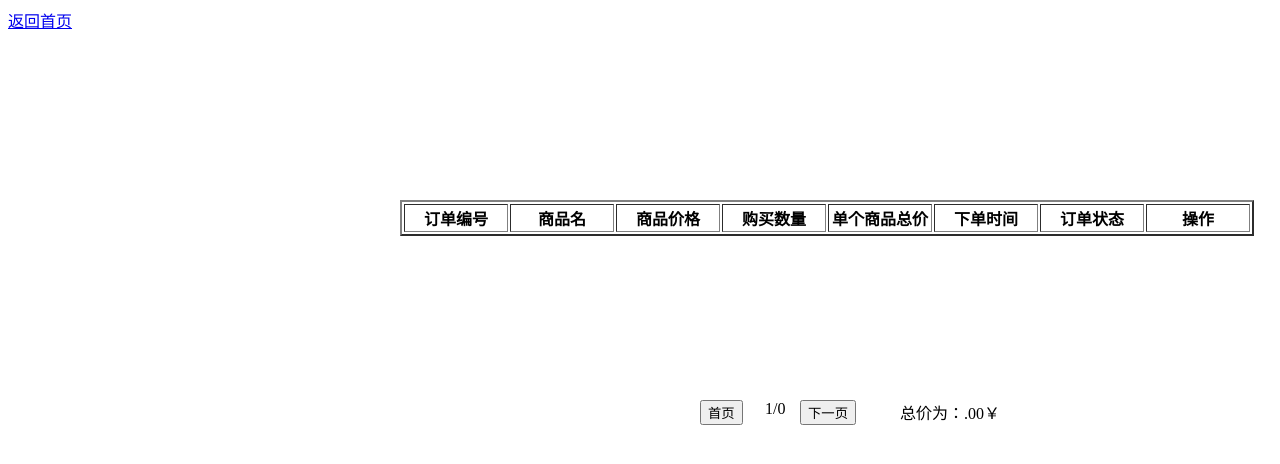
Repository: Gale-student/Gale-student.github.io
Page: http://localhost/weshop/OrdersDetailUnpaidQueryServlet
An editor plug-in stored every save of this project. The page is shown before and after the next save, followed by the edit.
The browser window is 1280 px wide. The pictures show the whole page.
The page is served by Tomcat 9. Other server files are loaded and not shown. Queries for data that is not in the repository find no rows.

Above is the page before, as saved 2022-10-05 13:11:36.

### WeShop/weshop/WebRoot/WEB-INF/jsp/OrdersUnpaidQueryOfUser.jsp
<%@ page language="java" import="java.util.*,com.company.entity.*" pageEncoding="utf-8"%>
<%
String path = request.getContextPath();
String basePath = request.getScheme()+"://"+request.getServerName()+":"+request.getServerPort()+path+"/";
%>

<!DOCTYPE HTML PUBLIC "-//W3C//DTD HTML 4.01 Transitional//EN">
<html>
  <head>
    <base href="<%=basePath%>">

    <title>My JSP 'OrdersUnpaidQueryOfUser.jsp' starting page</title>

	<meta http-equiv="pragma" content="no-cache">
	<meta http-equiv="cache-control" content="no-cache">
	<meta http-equiv="expires" content="0">
	<meta http-equiv="keywords" content="keyword1,keyword2,keyword3">
	<meta http-equiv="description" content="This is my page">
	<!--
	<link rel="stylesheet" type="text/css" href="styles.css">
	-->
  <%
      List<OrdersDetail> ordersDetailList = (List<OrdersDetail>)request.getAttribute("ordersDetailList");

      int currentPage = (Integer) session.getAttribute("currentPage");
      int allPage = (Integer) session.getAttribute("allPage");

      String upPage = "上一页";
      String downPage = "下一页";
      if(currentPage == 1){
         upPage = "首页";
      }
      if(currentPage == allPage){
         downPage = "尾页";
      }

      String totalPrice = (String) request.getAttribute("totalPrice");
      if(totalPrice == null){
         totalPrice = "";
      }
   %>
    <style type="text/css">
     th{
        width: 100px;
     }
     td{
        width: 100px;
     }
   </style>
  </head>

  <body>
   <a href="ShoppingHomePage.jsp">返回首页</a>
    <table style="position: absolute; left: 400px; top: 200px; text-align: center;" border="2" cellspacing="2">
       <tr>
          <th>订单编号</th>
          <th>商品名</th>
          <th>商品价格</th>
          <th>购买数量</th>
          <th>单个商品总价</th>
          <th>下单时间</th>
          <th>订单状态</th>
          <th>操作</th>
       </tr>
       <%for(int i = 0; i < ordersDetailList.size(); i ++){ %>
       <tr>
          <td><%=ordersDetailList.get(i).getOid() %></td>
          <td><%=ordersDetailList.get(i).getSname() %></td>
          <td><%=ordersDetailList.get(i).getSprice() %>.00￥</td>
          <td><%=ordersDetailList.get(i).getQuantity() %>.0</td>
          <td><%=ordersDetailList.get(i).getShopPrice() %>.00￥</td>
          <td><%=ordersDetailList.get(i).getDate() %></td>
          <td><%=ordersDetailList.get(i).getStatus() %></td>
          <td>
             <form action="OrdersCancelOfUserServlet" method="post">
                <input style="position: absolute; visibility: hidden;" type="text" value=<%=ordersDetailList.get(i).getOid() %> name="oid">
                <input type="submit" value="取消订单">
             </form>
          </td>
       </tr>
       <%} %>
    </table>
    <div style="position: absolute; left: 700px; top: 400px;">
    <form action="OrdersDetailUnpaidUpPageServlet" method="post">
       <input type="submit" value=<%=upPage %>>
    </form>
    <label style="position: absolute; top: 0px; left: 65px;"><%=currentPage + "/" + allPage %></label>
    <form style="position: absolute; top: 0px; left: 100px;" action="OrdersDetailUnpaidDownPageServlet" method="post">
       <input type="submit" value=<%=downPage %>>
    </form>

    </div>
    <label style="position: absolute; left: 900px; top: 400px;">总价为：<%=totalPrice %>.00￥</label>
  </body>
</html>

### WeShop/weshop/src/com/company/controller/OrdersDetailUnpaidQueryServlet.java
package com.company.controller;

import java.io.IOException;
import java.io.PrintWriter;
import java.util.List;

import javax.servlet.ServletException;
import javax.servlet.http.HttpServlet;
import javax.servlet.http.HttpServletRequest;
import javax.servlet.http.HttpServletResponse;
import javax.servlet.http.HttpSession;

import com.company.entity.OrdersDetail;
import com.company.service.OrdersService;
import com.company.service.OrdersServiceImpl;

public class OrdersDetailUnpaidQueryServlet extends HttpServlet {

	/**
	 * The doGet method of the servlet. <br>
	 *
	 * This method is called when a form has its tag value method equals to get.
	 *
	 * @param request the request send by the client to the server
	 * @param response the response send by the server to the client
	 * @throws ServletException if an error occurred
	 * @throws IOException if an error occurred
	 */
	public void doGet(HttpServletRequest request, HttpServletResponse response)
			throws ServletException, IOException {

		doPost(request, response);
	}

	/**
	 * The doPost method of the servlet. <br>
	 *
	 * This method is called when a form has its tag value method equals to post.
	 *
	 * @param request the request send by the client to the server
	 * @param response the response send by the server to the client
	 * @throws ServletException if an error occurred
	 * @throws IOException if an error occurred
	 */
	public void doPost(HttpServletRequest request, HttpServletResponse response)
			throws ServletException, IOException {

		HttpSession hs = request.getSession();
		String uid = (String)hs.getAttribute("uid");
		OrdersService ordersService = new OrdersServiceImpl();
		try {
			List<OrdersDetail> ordersDetailList = ordersService.queryOrdersDetailUnpaid(uid, 0);
			int allRows = ordersService.OrdersDetailUnpaidAllRows(uid);
			int allPage = allRows / 3;
			if(allRows % 3 != 0){
				allPage ++;
			}
			String totalPrice = ordersService.queryTotalPriceOfUserUnpaidOrders(uid);
			request.setAttribute("totalPrice", totalPrice);
			hs.setAttribute("allPage", allPage);
			hs.setAttribute("currentPage", 1);
			request.setAttribute("ordersDetailList", ordersDetailList);
			request.getRequestDispatcher("WEB-INF/jsp/OrdersUnpaidQueryOfUser.jsp").forward(request, response);
		} catch (Exception e) {
			// TODO Auto-generated catch block
			e.printStackTrace();
		}

	}

}

### WeShop/weshop/src/com/company/service/OrdersServiceImpl.java
package com.company.service;

import java.util.List;

import com.company.dao.OrdersDao;
import com.company.dao.OrdersDaoImpl;
import com.company.entity.Orders;
import com.company.entity.OrdersDetail;

public class OrdersServiceImpl implements OrdersService {
	private OrdersDao ordersDao = new OrdersDaoImpl();

    //获取订单表总行数
	public int OrdersAllRows() throws Exception {
		int ordersAllRows = ordersDao.OrdersAllRows();
		return ordersAllRows;
	}

    //添加订单(购买 下单 默认未支付状态)
	public void addOrders(String uid, String sid, String quantity)
			throws Exception {
		ordersDao.insertOrders(uid, sid, quantity);
	}

    //取消订单
	public void cancelOrders(String oid) throws Exception {
		ordersDao.deleteOrders(oid);
	}

    //订单表分页
	public List<Orders> ordersPagingQuery(int page) throws Exception {
		List<Orders> ordersList = ordersDao.ordersPaging(page * 3, 3);
		return ordersList;
	}

    //根据订单编号查订单
	public List<Orders> queryOrdersByOid(String oid) throws Exception {
		List<Orders> ordersList = ordersDao.selectOrdersByOid(oid);
		return ordersList;
	}

    //查看未支付订单
	public List<Orders> queryOrdersByStatusUnpaid() throws Exception {
		List<Orders> ordersList = ordersDao.selectOrdersByStatusUnpaid();
		return ordersList;
	}

	//通过用户ID查订单
	public List<Orders> queryOrdersByUid(String uid) throws Exception {
		List<Orders> ordersList = ordersDao.selectOrdersByUid(uid);
		return ordersList;
	}

	//修改商品数量
	public void modifyQuantity(String sid, String quantity) throws Exception {
		ordersDao.updateQuantity(sid, quantity);
	}

	//查找所有订单
	public List<Orders> queryAllOrders() throws Exception {
		List<Orders> ordersList = ordersDao.selectAllOrders();
		return ordersList;
	}

	//查看用户所有订单详情
	public List<OrdersDetail> selectOrdersDetail(String uid, int page) throws Exception {
		List<OrdersDetail> ordersDetailList = ordersDao.selectOrdersDetail(uid, page * 3, 3);
		return ordersDetailList;
	}

	//获取用户订单表总行数
	public int OrdersDetailAllRows(String uid) throws Exception {
		int ordersDetailAllRows = ordersDao.OrdersDetailAllRows(uid);
		return ordersDetailAllRows;
	}

	//获取用户未支付订单总行数
	public int OrdersDetailUnpaidAllRows(String uid) throws Exception {
		int ordersDetailUnpaidAllRows = ordersDao.OrdersDetailUnpaidAllRows(uid);
		return ordersDetailUnpaidAllRows;
	}

	//查看用户未支付订单详情
	public List<OrdersDetail> queryOrdersDetailUnpaid(String uid, int page) throws Exception {
		List<OrdersDetail> ordersDetaiUnpaidlList = ordersDao.selectOrdersDetailUnpaid(uid, page * 3, 3);
		return ordersDetaiUnpaidlList;
	}

	//
	public String queryTotalPriceOfUserUnpaidOrders(String uid)
			throws Exception {
		String totalPrice = ordersDao.selectTotalPriceOfUserUnpaidOrders(uid);
		return totalPrice;
	}


}

### WeShop/weshop/src/com/company/dao/OrdersDao.java
package com.company.dao;

import java.util.List;

import com.company.entity.Orders;
import com.company.entity.OrdersDetail;

public interface OrdersDao {
	//删除订单(取消订单)
	public void deleteOrders(String oid) throws Exception;
	//订单表分页
	public List<Orders> ordersPaging(int offset, int count) throws Exception;
	//获取订单表总行数
	public int OrdersAllRows() throws Exception;
	//根据订单号查找订单
	public List<Orders> selectOrdersByOid(String oid) throws Exception;
	//查看未支付订单
	public List<Orders> selectOrdersByStatusUnpaid() throws Exception;
	//用户下单(添加订单)
	public void insertOrders(String uid, String sid, String quantity) throws Exception;
	//根据用户ID查订单
	public List<Orders> selectOrdersByUid(String uid) throws Exception;
	//更新订单中商品数量
	public void updateQuantity(String sid, String quantity) throws Exception;
	//查寻所有订单
	public List<Orders> selectAllOrders() throws Exception;
	//订单详情表分页(用户)
	public List<OrdersDetail> selectOrdersDetail(String uid, int offset, int count) throws Exception;
	//获取用户订单表总行数
	public int OrdersDetailAllRows(String uid) throws Exception;
	//用户未支付订单分页查询
	public List<OrdersDetail> selectOrdersDetailUnpaid(String uid, int offset, int count) throws Exception;
	//获取用户未支付订单表总行数
	public int OrdersDetailUnpaidAllRows(String uid) throws Exception;
	//获取所有未支付订单的总价
	public String selectTotalPriceOfUserUnpaidOrders(String uid) throws Exception;
}

### WeShop/weshop/src/com/company/dao/OrdersDaoImpl.java
package com.company.dao;

import java.sql.Connection;
import java.sql.Date;
import java.sql.DriverManager;
import java.sql.PreparedStatement;
import java.sql.ResultSet;
import java.text.DateFormat;
import java.util.ArrayList;
import java.util.List;

import com.company.entity.Orders;
import com.company.entity.OrdersDetail;
import com.company.entity.User;

public class OrdersDaoImpl implements OrdersDao {
	private String url = "jdbc:mysql://localhost:3306/test?characterEncoding=utf-8";
    private String username = "root";
    private String password = "root";

    //获取订单表总行数(管理员)
	public int OrdersAllRows() throws Exception {
		Class.forName("com.mysql.jdbc.Driver");
		Connection conn = DriverManager.getConnection(url, username, password);
		String sql = " select count(*) as rows from orders ";
		PreparedStatement ps = conn.prepareStatement(sql);
		ResultSet rs = ps.executeQuery();
		rs.next();
		int rows = rs.getInt("rows");
		return rows;
	}

    //删除订单(管理员)
	public void deleteOrders(String oid) throws Exception {
		Class.forName("com.mysql.jdbc.Driver");
		Connection conn = DriverManager.getConnection(url, username, password);
		String sql = " delete from orders where oid = ? ";
		PreparedStatement ps = conn.prepareStatement(sql);
		ps.setString(1, oid);
		ps.execute();
		conn.close();

	}

    //订单表分页(管理员)
	public List<Orders> ordersPaging(int offset, int count) throws Exception {
		Class.forName("com.mysql.jdbc.Driver");
		Connection conn = DriverManager.getConnection(url, username, password);
		String sql = " select * from orders limit ?, ? ";
		PreparedStatement ps = conn.prepareStatement(sql);
		ps.setInt(1, offset);
		ps.setInt(2, count);
		ResultSet rs = ps.executeQuery();
		List<Orders> ordersList = new ArrayList<Orders>();
		while(rs.next()){
			String oid = rs.getString("oid");
			String uid = rs.getString("uid");
			String sid = rs.getString("sid");
			String quantity = rs.getString("quantity");
			String date = rs.getString("date");
			String status = rs.getString("status");
			Orders orders = new Orders();
			orders.setOid(oid);
			orders.setUid(uid);
			orders.setSid(sid);
			orders.setQuantity(quantity);
			orders.setDate(date);
			orders.setStatus(status);
            ordersList.add(orders);
		}
		return ordersList;
	}

    //根据订单号查找订单(管理员)
	public List<Orders> selectOrdersByOid(String oid) throws Exception {
		Class.forName("com.mysql.jdbc.Driver");
		Connection conn = DriverManager.getConnection(url, username, password);
		String sql = " select * from orders where oid = ? ";
		PreparedStatement ps = conn.prepareStatement(sql);
		ps.setString(1, oid);
		ResultSet rs = ps.executeQuery();
		List<Orders> ordersList = new ArrayList<Orders>();
		while(rs.next()){
			String uid = rs.getString("uid");
			String sid = rs.getString("sid");
			String quantity = rs.getString("quantity");
			String date = rs.getString("date");
			String status = rs.getString("status");
			Orders orders = new Orders();
			orders.setOid(oid);
			orders.setUid(uid);
			orders.setSid(sid);
			orders.setQuantity(quantity);
			orders.setDate(date);
			orders.setStatus(status);
			ordersList.add(orders);
		}
		return ordersList;
	}

    //查看未支付订单(管理员)
	public List<Orders> selectOrdersByStatusUnpaid() throws Exception {
		Class.forName("com.mysql.jdbc.Driver");
		Connection conn = DriverManager.getConnection(url, username, password);
		String sql = " select * from orders where status = '0' ";
		PreparedStatement ps = conn.prepareStatement(sql);
		ResultSet rs = ps.executeQuery();
		List<Orders> ordersList = new ArrayList<Orders>();
		while(rs.next()){
			String oid = rs.getString("oid");
			String uid = rs.getString("uid");
			String sid = rs.getString("sid");
			String quantity = rs.getString("quantity");
			String date = rs.getString("date");
			String status = rs.getString("status");
			Orders orders = new Orders();
			orders.setOid(oid);
			orders.setUid(uid);
			orders.setSid(sid);
			orders.setQuantity(quantity);
			orders.setDate(date);
			orders.setStatus(status);
			ordersList.add(orders);
		}
		return ordersList;
	}

	//添加订单(用户购买)
	public void insertOrders(String uid, String sid, String quantity) throws Exception {
		Class.forName("com.mysql.jdbc.Driver");
		Connection conn = DriverManager.getConnection(url, username, password);

		System.currentTimeMillis();
		String oid = "" + System.currentTimeMillis();
		String sql = " insert into orders values ( ?, ?, ?, ?, now(), 0 ) ";
		PreparedStatement ps = conn.prepareStatement(sql);
		ps.setString(1, oid);
		ps.setString(2, uid);
		ps.setString(3, sid);
		ps.setString(4, quantity);
		ps.execute();
		conn.close();

	}

	//根据用户ID查询订单(管理员)
	public List<Orders> selectOrdersByUid(String uid) throws Exception {
		Class.forName("com.mysql.jdbc.Driver");
		Connection conn = DriverManager.getConnection(url, username, password);
		String sql = " select * from orders where uid = ? ";
		PreparedStatement ps = conn.prepareStatement(sql);
		ps.setString(1, uid);
		ResultSet rs = ps.executeQuery();
		List<Orders> ordersList = new ArrayList<Orders>();
		while(rs.next()){
			String oid = rs.getString("oid");
			String sid = rs.getString("sid");
			String quantity = rs.getString("quantity");
			String date = rs.getString("date");
			String status = rs.getString("status");
			Orders orders = new Orders();
			orders.setOid(oid);
			orders.setUid(uid);
			orders.setSid(sid);
			orders.setQuantity(quantity);
			orders.setDate(date);
			orders.setStatus(status);
			ordersList.add(orders);
		}
		return ordersList;
	}

	//更新订单中商品数量(用户 添加相同商品)
	public void updateQuantity(String sid, String quantity) throws Exception {
		Class.forName("com.mysql.jdbc.Driver");
		Connection conn = DriverManager.getConnection(url, username, password);
		String sql = " update orders set quantity = quantity + ? where sid = ? and status = 0 ";
		PreparedStatement ps = conn.prepareStatement(sql);
		ps.setString(1, quantity);
		ps.setString(2, sid);
		ps.execute();
		conn.close();
	}

	//查询所有订单(管理员)
	public List<Orders> selectAllOrders() throws Exception {
		Class.forName("com.mysql.jdbc.Driver");
		Connection conn = DriverManager.getConnection(url, username, password);
		String sql = " select * from orders ";
		PreparedStatement ps = conn.prepareStatement(sql);
		ResultSet rs = ps.executeQuery();
		List<Orders> ordersList = new ArrayList<Orders>();
		while(rs.next()){
			String oid = rs.getString("oid");
			String uid = rs.getString("uid");
			String sid = rs.getString("sid");
			String quantity = rs.getString("quantity");
			String date = rs.getString("date");
			String status = rs.getString("status");
			Orders orders = new Orders();
			orders.setOid(oid);
			orders.setUid(uid);
			orders.setSid(sid);
			orders.setQuantity(quantity);
			orders.setDate(date);
			orders.setStatus(status);
			ordersList.add(orders);
		}
		return ordersList;
	}

	//用户订单详情表分页
	public List<OrdersDetail> selectOrdersDetail(String uid, int offset, int count) throws Exception {
		Class.forName("com.mysql.jdbc.Driver");
		Connection conn = DriverManager.getConnection(url, username, password);
		String sql = " select o.oid, o.uid, s.sname, s.sprice, o.quantity,  " +
				"(o.quantity * s.sprice) as shopPrice, o.date, o.status from orders " +
				"o inner join shop s where s.sid = o.sid and o.uid = ? limit ?, ? ";
		PreparedStatement ps = conn.prepareStatement(sql);
		ps.setString(1, uid);
		ps.setInt(2, offset);
		ps.setInt(3, count);
		ResultSet rs = ps.executeQuery();
		List<OrdersDetail> ordersDetailList = new ArrayList<OrdersDetail>();
		while(rs.next()){
			String oid = rs.getString("oid");
			String sname = rs.getString("sname");
			String sprice = rs.getString("sprice");
			String quantity = rs.getString("quantity");
			String shopPrice = rs.getString("shopPrice");
			String date = rs.getString("date");
			String status = rs.getString("status");
			OrdersDetail ordersDetail = new OrdersDetail();
			ordersDetail.setOid(oid);
			ordersDetail.setUid(uid);
			ordersDetail.setSname(sname);
			ordersDetail.setSprice(sprice);
			ordersDetail.setQuantity(quantity);
			ordersDetail.setShopPrice(shopPrice);
			ordersDetail.setDate(date);
			ordersDetail.setStatus(status);
			ordersDetailList.add(ordersDetail);
		}
		return ordersDetailList;
	}

	//获取用户订单详情表总行数
	public int OrdersDetailAllRows(String uid) throws Exception {
		Class.forName("com.mysql.jdbc.Driver");
		Connection conn = DriverManager.getConnection(url, username, password);
		String sql = " select count(*) as rows from orders where uid = ? ";
		PreparedStatement ps = conn.prepareStatement(sql);
		ps.setString(1, uid);
		ResultSet rs = ps.executeQuery();
		rs.next();
		int rows = rs.getInt("rows");
		conn.close();
		return rows;
	}

	//获取用户未支付订单总行数
	public int OrdersDetailUnpaidAllRows(String uid) throws Exception {
		Class.forName("com.mysql.jdbc.Driver");
		Connection conn = DriverManager.getConnection(url, username, password);
		String sql = " select count(*) as rows from orders where uid = ? and status = 0 ";
		PreparedStatement ps = conn.prepareStatement(sql);
		ps.setString(1, uid);
		ResultSet rs = ps.executeQuery();
		rs.next();
		int rows = rs.getInt("rows");
		conn.close();
		return rows;
	}

	//查询用户未支付订单
	public List<OrdersDetail> selectOrdersDetailUnpaid(String uid, int offset,
			int count) throws Exception {
		Class.forName("com.mysql.jdbc.Driver");
		Connection conn = DriverManager.getConnection(url, username, password);
		String sql = " select o.oid, o.uid, s.sname, s.sprice, o.quantity,  " +
				"(o.quantity * s.sprice) as shopPrice, o.date, o.status from orders " +
				"o inner join shop s where s.sid = o.sid and o.uid = ? and o.status = 0 limit ?, ? ";
		PreparedStatement ps = conn.prepareStatement(sql);
		ps.setString(1, uid);
		ps.setInt(2, offset);
		ps.setInt(3, count);
		ResultSet rs = ps.executeQuery();
		List<OrdersDetail> ordersDetailList = new ArrayList<OrdersDetail>();
		while(rs.next()){
			String oid = rs.getString("oid");
			String sname = rs.getString("sname");
			String sprice = rs.getString("sprice");
			String quantity = rs.getString("quantity");
			String shopPrice = rs.getString("shopPrice");
			String date = rs.getString("date");
			String status = rs.getString("status");
			OrdersDetail ordersDetail = new OrdersDetail();
			ordersDetail.setOid(oid);
			ordersDetail.setUid(uid);
			ordersDetail.setSname(sname);
			ordersDetail.setSprice(sprice);
			ordersDetail.setQuantity(quantity);
			ordersDetail.setShopPrice(shopPrice);
			ordersDetail.setDate(date);
			ordersDetail.setStatus(status);
			ordersDetailList.add(ordersDetail);
		}
		return ordersDetailList;
	}

	//获取用户未支付订单的总价
	public String selectTotalPriceOfUserUnpaidOrders(String uid)
			throws Exception {
		Class.forName("com.mysql.jdbc.Driver");
		Connection conn = DriverManager.getConnection(url, username, password);
		String sql = " select sum(o.quantity * s.sprice) as totalPrice from orders o inner join shop s where uid = ? and status = 0 ";
		PreparedStatement ps = conn.prepareStatement(sql);
		ps.setString(1, uid);
		ResultSet rs = ps.executeQuery();
		rs.next();
		String totalPrice = rs.getString("totalPrice");
		return totalPrice;
	}

}

After the next save:
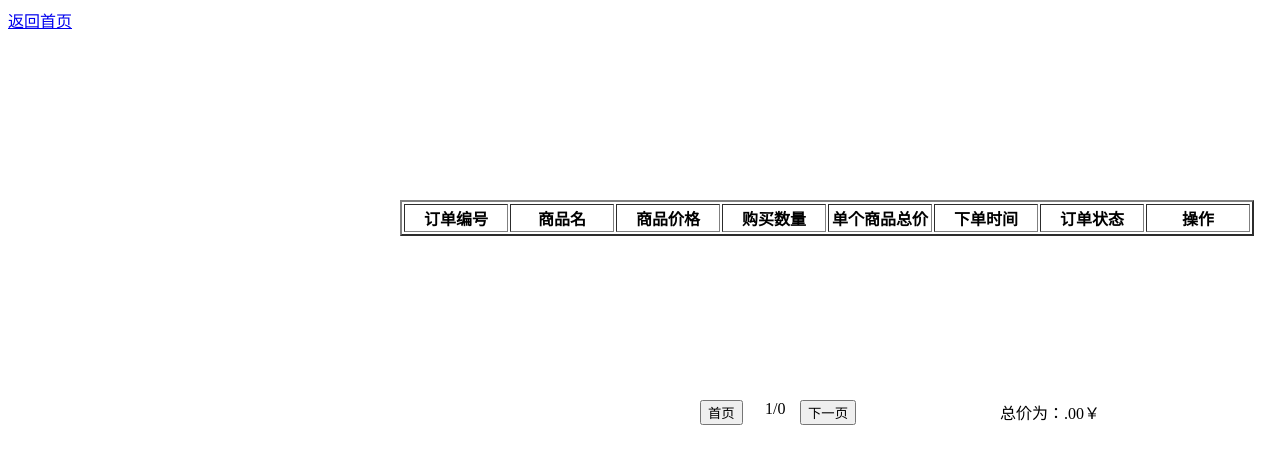
Saved 80 s later.
--- a/WeShop/weshop/WebRoot/WEB-INF/jsp/OrdersUnpaidQueryOfUser.jsp
+++ b/WeShop/weshop/WebRoot/WEB-INF/jsp/OrdersUnpaidQueryOfUser.jsp
@@ -90,6 +90,6 @@ String basePath = request.getScheme()+"://"+request.getServerName()+":"+request.
     </form>
 
     </div>
-    <label style="position: absolute; left: 900px; top: 400px;">总价为：<%=totalPrice %>.00￥</label>
+    <label style="position: absolute; left: 1000px; top: 400px;">总价为：<%=totalPrice %>.00￥</label>
   </body>
 </html>
